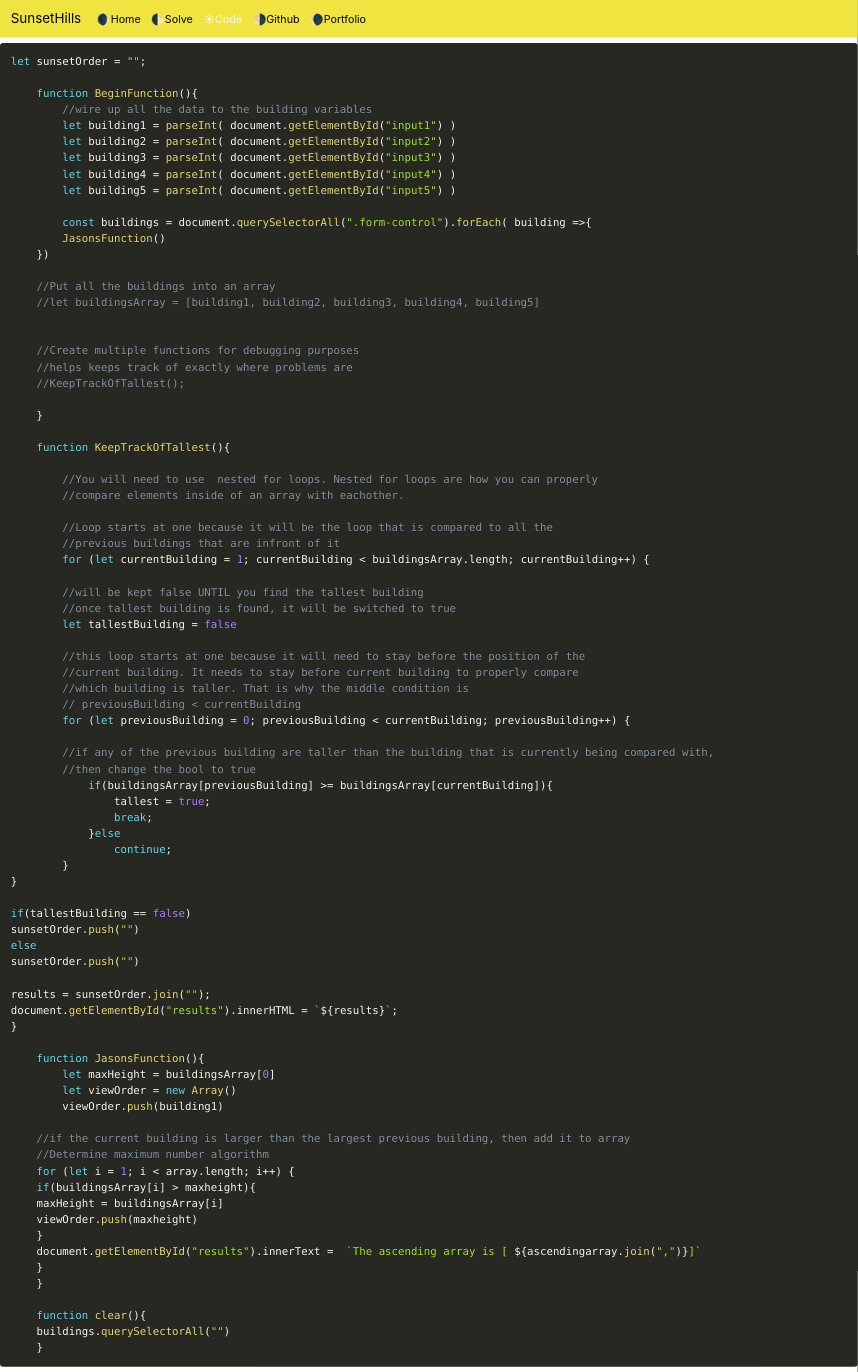
Repository: zhadjah9559/SunsetHills
Page: code.html
The author's editor kept a copy of each file at every save. The page is drawn from the files as they stood at one save, then again after the next save.
The browser window is 1280 px wide. The pictures show the whole page, at 67% of full size.

Above is the page before, as saved 2021-01-14 17:21:21.

### code.html
<!doctype html>
<html lang="en">
  <head>
    <title>Title</title>
    <!-- Required meta tags -->
    <meta charset="utf-8">
    <meta name="viewport" content="width=device-width, initial-scale=1, shrink-to-fit=no">
    <meta http-equiv="X-UA-Compatible" content="ie=edge">
    <title>Fizz Buzz Coding Challenge (Implementing the Meta Strat</title>


    <!-- Bootstrap CSS -->
    <link rel="stylesheet" href="https://stackpath.bootstrapcdn.com/bootstrap/4.3.1/css/bootstrap.min.css" integrity="sha384-ggOyR0iXCbMQv3Xipma34MD+dH/1fQ784/j6cY/iJTQUOhcWr7x9JvoRxT2MZw1T" crossorigin="anonymous">
    <link rel="stylesheet" href="css/custom.css">
    <link rel="stylesheet" href="css/prism.css">

  </head>
  <body>
    <nav class="navbar navbar-expand-sm navbar-dark" style="background-color:  #F0E440;">
        <a class="navbar-brand" href="#">SunsetHills</a>
        <button class="navbar-toggler d-lg-none" type="button" data-toggle="collapse" data-target="#collapsibleNavId" aria-controls="collapsibleNavId"
            aria-expanded="false" aria-label="Toggle navigation"></button>
        <div class="collapse navbar-collapse" id="collapsibleNavId">
            <ul class="navbar-nav mr-auto mt-2 mt-lg-0">
                <li class="nav-item">
                    <a class="nav-link" href="index.html">🌒Home </a>
                </li>
                <li class="nav-item">
                    <a class="nav-link" href="solve.html">🌓Solve </a>
                </li>
                <li class="nav-item">
                    <a class="nav-link active" href="code.html">☀Code <span class="sr-only">(current)</span></a>
                </li>
                <li class="nav-item">
                    <a class="nav-link" target="_blank" href="https://github.com/zhadjah9559/SunsetHills">🌗Github</a>
                </li>
                <li class="nav-item">
                    <a class="nav-link" target="_blank" href="https://www.zacharyhadjah.netlify.app">🌘Portfolio</a>
                </li>
            </ul>
        </div>
    </nav>

    <pre class="language-javascript">
        <code class="line-numbers">
            let sunsetOrder = "";

    function BeginFunction(){
        //wire up all the data to the building variables
        let building1 = parseInt( document.getElementById("input1") )
        let building2 = parseInt( document.getElementById("input2") )
        let building3 = parseInt( document.getElementById("input3") )
        let building4 = parseInt( document.getElementById("input4") )
        let building5 = parseInt( document.getElementById("input5") )

        const buildings = document.querySelectorAll(".form-control").forEach( building =>{
        JasonsFunction()
    })

    //Put all the buildings into an array
    //let buildingsArray = [building1, building2, building3, building4, building5]


    //Create multiple functions for debugging purposes
    //helps keeps track of exactly where problems are
    //KeepTrackOfTallest();

    }

    function KeepTrackOfTallest(){

        //You will need to use  nested for loops. Nested for loops are how you can properly
        //compare elements inside of an array with eachother.

        //Loop starts at one because it will be the loop that is compared to all the
        //previous buildings that are infront of it
        for (let currentBuilding = 1; currentBuilding < buildingsArray.length; currentBuilding++) {

        //will be kept false UNTIL you find the tallest building
        //once tallest building is found, it will be switched to true
        let tallestBuilding = false

        //this loop starts at one because it will need to stay before the position of the
        //current building. It needs to stay before current building to properly compare
        //which building is taller. That is why the middle condition is
        // previousBuilding < currentBuilding
        for (let previousBuilding = 0; previousBuilding < currentBuilding; previousBuilding++) {

        //if any of the previous building are taller than the building that is currently being compared with,
        //then change the bool to true
            if(buildingsArray[previousBuilding] >= buildingsArray[currentBuilding]){
                tallest = true;
                break;
            }else
                continue;
        }
}

if(tallestBuilding == false)
sunsetOrder.push("")
else
sunsetOrder.push("")

results = sunsetOrder.join("");
document.getElementById("results").innerHTML = `${results}`;
}

    function JasonsFunction(){
        let maxHeight = buildingsArray[0]
        let viewOrder = new Array()
        viewOrder.push(building1)

    //if the current building is larger than the largest previous building, then add it to array
    //Determine maximum number algorithm
    for (let i = 1; i < array.length; i++) {
    if(buildingsArray[i] > maxheight){
    maxHeight = buildingsArray[i]
    viewOrder.push(maxheight)
    }
    document.getElementById("results").innerText =  `The ascending array is [ ${ascendingarray.join(",")}]`
    }
    }

    function clear(){
    buildings.querySelectorAll("")
    }
        </code>
    </pre>

    <!-- Optional JavaScript -->
    <!-- jQuery first, then Popper.js, then Bootstrap JS -->
    <script src="https://code.jquery.com/jquery-3.3.1.slim.min.js" integrity="sha384-q8i/X+965DzO0rT7abK41JStQIAqVgRVzpbzo5smXKp4YfRvH+8abtTE1Pi6jizo" crossorigin="anonymous"></script>
    <script src="https://cdnjs.cloudflare.com/ajax/libs/popper.js/1.14.7/umd/popper.min.js" integrity="sha384-UO2eT0CpHqdSJQ6hJty5KVphtPhzWj9WO1clHTMGa3JDZwrnQq4sF86dIHNDz0W1" crossorigin="anonymous"></script>
    <script src="https://stackpath.bootstrapcdn.com/bootstrap/4.3.1/js/bootstrap.min.js" integrity="sha384-JjSmVgyd0p3pXB1rRibZUAYoIIy6OrQ6VrjIEaFf/nJGzIxFDsf4x0xIM+B07jRM" crossorigin="anonymous"></script>
    <script src="js/custom.js"></script>
    <script src="js/prism.js"></script>

  </body>
</html>

### css/custom.css
.navbar-dark .navbar-nav .active>.nav-link{
    color:black;
}
.navbar-dark .navbar-nav .nav-link{
    color:black;
}
.navbar .navbar-brand{
    color:black;
}

.container {
    width:960px;
    height:640px;
    position:absolute;
    top:50%;
    left:50%;
    margin-top:-320px;
    margin-left:-480px;
}

### css/prism.css
/* PrismJS 1.23.0
https://prismjs.com/download.html#themes=prism-okaidia&languages=markup+css+clike+javascript&plugins=normalize-whitespace */
/**
 * okaidia theme for JavaScript, CSS and HTML
 * Loosely based on Monokai textmate theme by http://www.monokai.nl/
 * @author ocodia
 */

code[class*="language-"],
pre[class*="language-"] {
	color: #f8f8f2;
	background: none;
	text-shadow: 0 1px rgba(0, 0, 0, 0.3);
	font-family: Consolas, Monaco, 'Andale Mono', 'Ubuntu Mono', monospace;
	font-size: 1em;
	text-align: left;
	white-space: pre;
	word-spacing: normal;
	word-break: normal;
	word-wrap: normal;
	line-height: 1.5;

	-moz-tab-size: 4;
	-o-tab-size: 4;
	tab-size: 4;

	-webkit-hyphens: none;
	-moz-hyphens: none;
	-ms-hyphens: none;
	hyphens: none;
}

/* Code blocks */
pre[class*="language-"] {
	padding: 1em;
	margin: .5em 0;
	overflow: auto;
	border-radius: 0.3em;
}

:not(pre) > code[class*="language-"],
pre[class*="language-"] {
	background: #272822;
}

/* Inline code */
:not(pre) > code[class*="language-"] {
	padding: .1em;
	border-radius: .3em;
	white-space: normal;
}

.token.comment,
.token.prolog,
.token.doctype,
.token.cdata {
	color: #8292a2;
}

.token.punctuation {
	color: #f8f8f2;
}

.token.namespace {
	opacity: .7;
}

.token.property,
.token.tag,
.token.constant,
.token.symbol,
.token.deleted {
	color: #f92672;
}

.token.boolean,
.token.number {
	color: #ae81ff;
}

.token.selector,
.token.attr-name,
.token.string,
.token.char,
.token.builtin,
.token.inserted {
	color: #a6e22e;
}

.token.operator,
.token.entity,
.token.url,
.language-css .token.string,
.style .token.string,
.token.variable {
	color: #f8f8f2;
}

.token.atrule,
.token.attr-value,
.token.function,
.token.class-name {
	color: #e6db74;
}

.token.keyword {
	color: #66d9ef;
}

.token.regex,
.token.important {
	color: #fd971f;
}

.token.important,
.token.bold {
	font-weight: bold;
}
.token.italic {
	font-style: italic;
}

.token.entity {
	cursor: help;
}

### js/custom.js
let sunsetOrder = "";

function BeginFunction(){
    //wire up all the data to the building variables
    let building1 = parseInt( document.getElementById("input1") )
    let building2 = parseInt( document.getElementById("input2") )
    let building3 = parseInt( document.getElementById("input3") )
    let building4 = parseInt( document.getElementById("input4") )
    let building5 = parseInt( document.getElementById("input5") )

    const buildings = document.querySelectorAll(".form-control").forEach( building =>{
        JasonsFunction()
    })

     //Put all the buildings into an array
     //let buildingsArray = [building1, building2, building3, building4, building5]


    //Create multiple functions for debugging purposes
    //helps keeps track of exactly where problems are
    //KeepTrackOfTallest();

}

function KeepTrackOfTallest(){


    //You will need to use  nested for loops. Nested for loops are how you can properly
    //compare elements inside of an array with eachother.

    //Loop starts at one because it will be the loop that is compared to all the
    //previous buildings that are infront of it
    for (let currentBuilding = 1; currentBuilding < buildingsArray.length; currentBuilding++) {

        //will be kept false UNTIL you find the tallest building
        //once tallest building is found, it will be switched to true
        let tallestBuilding = false

        //this loop starts at one because it will need to stay before the position of the
        //current building. It needs to stay before current building to properly compare
        //which building is taller. That is why the middle condition is
        // previousBuilding < currentBuilding
        for (let previousBuilding = 0; previousBuilding < currentBuilding; previousBuilding++) {

            //if any of the previous building are taller than the building that is currently being compared with,
            //then change the bool to true
            if(buildingsArray[previousBuilding] >= buildingsArray[currentBuilding]){
                tallest = true;
                break;
            }else
                continue;

        }
    }

    if(tallestBuilding == false)
        sunsetOrder.push("")
    else
        sunsetOrder.push("")

    results = sunsetOrder.join("");
    document.getElementById("results").innerHTML = `${results}`;
}

function JasonsFunction(){
    let maxHeight = buildingsArray[0]
    let viewOrder = new Array()
    viewOrder.push(building1)

    //if the current building is larger than the largest previous building, then add it to array
    //Determine maximum number algorithm
    for (let i = 1; i < array.length; i++) {
        if(buildingsArray[i] > maxheight){
            maxHeight = buildingsArray[i]
            viewOrder.push(maxheight)
        }
        document.getElementById("results").innerText =  `The ascending array is [ ${ascendingarray.join(",")}]`
    }
}

function clear(){
    buildings.querySelectorAll("")
}

Loaded but not shown: js/prism.js (library)

After the next save:
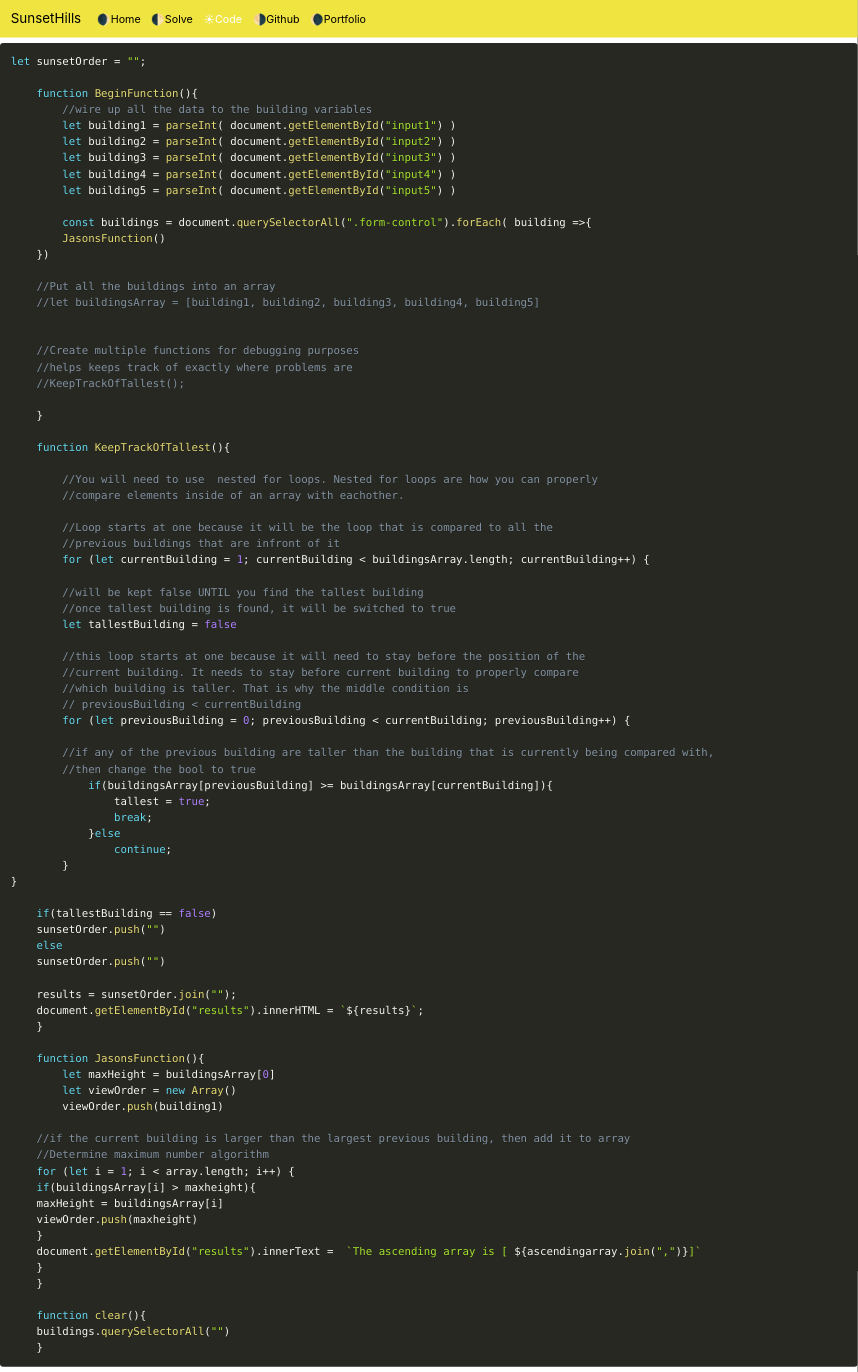
Saved 15 s later.
--- a/code.html
+++ b/code.html
@@ -96,14 +96,14 @@
         }
 }
 
-if(tallestBuilding == false)
-sunsetOrder.push("")
-else
-sunsetOrder.push("")
+    if(tallestBuilding == false)
+    sunsetOrder.push("")
+    else
+    sunsetOrder.push("")
 
-results = sunsetOrder.join("");
-document.getElementById("results").innerHTML = `${results}`;
-}
+    results = sunsetOrder.join("");
+    document.getElementById("results").innerHTML = `${results}`;
+    }
 
     function JasonsFunction(){
         let maxHeight = buildingsArray[0]
